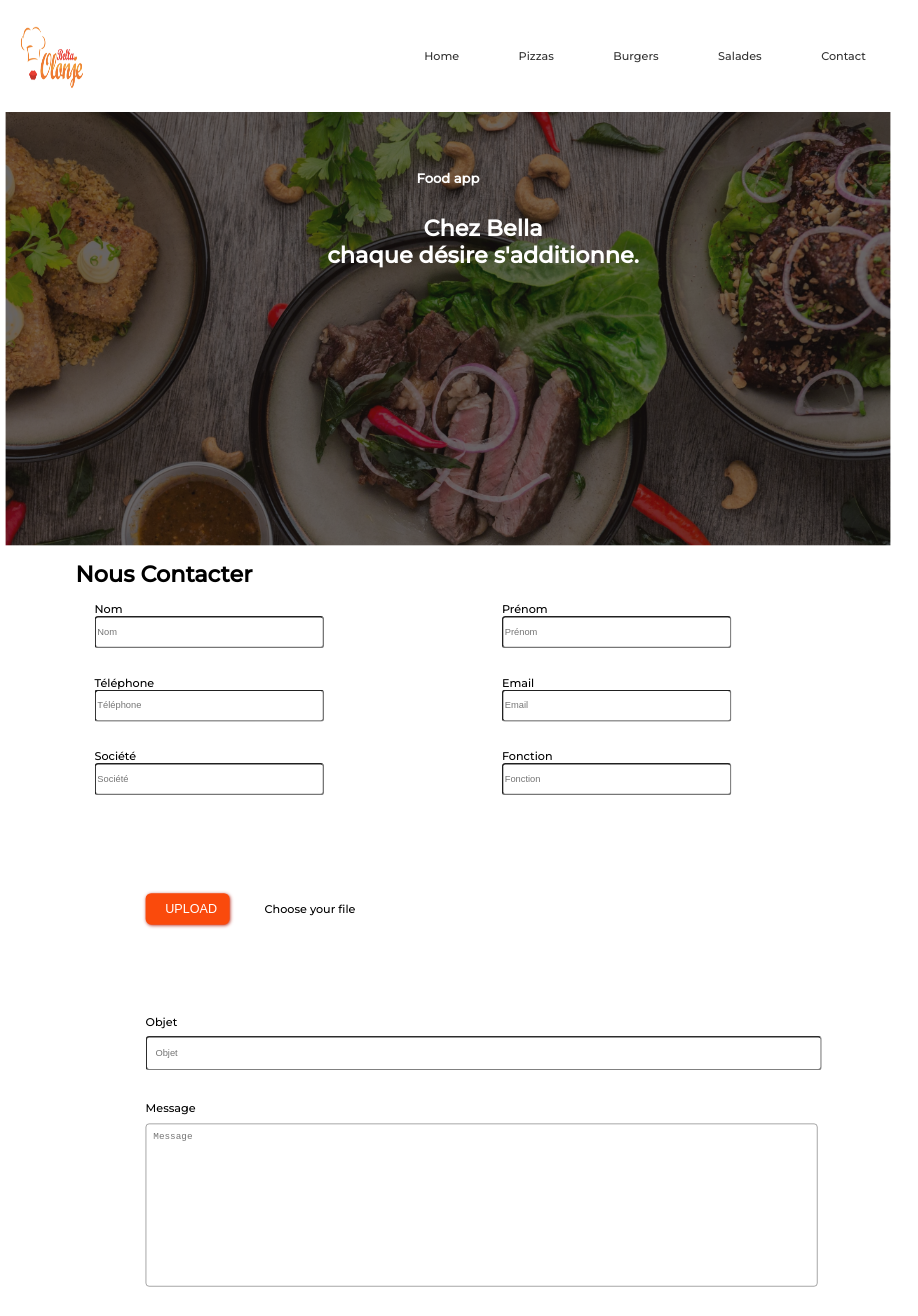
Repository: Ahlam-belhadj/bella-olange
Page: index3.html
The author's editor kept a copy of each file at every save. The page is drawn from the files as they stood at one save, then again after the next save.
The browser window is 1280 px wide. The page is 1312 px wide, so the pictures cover 1312 px, including what lies to the right of the window. The pictures show the part of the page from y = 0 to 1880 px (the page is 2500 px tall before and 2550 px after), at 70% of full size.
Pictures or frames that could not be fetched are drawn as grey boxes.

Above is the page before, as saved 2023-02-14 19:21:12.

### index3.html
<!DOCTYPE html>
<html lang="en">

<head>
    <meta charset="UTF-8">
    <meta http-equiv="X-UA-Compatible" content="IE=edge">
    <meta name="viewport" content="width=device-width, initial-scale=1.0">
    <link rel="stylesheet" href="style3.css">
    <script src="https://www.google.com/recaptcha/api.js" async defer></script>
    <title>Bella olanje</title>
</head>

<body>
    <header>

        <nav>
            <ul class="nav-bar">
                <div class="logo"><a href='#'><img src="image/logo_bella_olonje.png" alt="jsp"></a></div>
                <input type="checkbox" id="check" />
                <span class="menu">
                    <li><a href="index.html" class="nav-link">Home</a></li>
                    <li><a href="#pizza" class="nav-link">Pizzas</a></li>
                    <li><a href="#burger" class="nav-link">Burgers</a></li>
                    <li><a href="#salades" class="nav-link">Salades</a></li>
                    <li><a href="index3.html" class="nav-link">Contact</a></li>
                    <label for="check" class="close-menu"><i class="fas fa-times"></i></label>
                </span>
                <label for="check" class="open-menu"><i class="fas fa-bars"></i></label>
            </ul>
        </nav>
        <div class="title">
            <div class="texte">
                <h3>Food app</h3>
                <h1>Chez Bella <br>
                    chaque désire s'additionne.</h1>
            </div>
        </div>
    </header>
    <main>
    <div class="information">
        <form>
            <h1>Nous Contacter</h1>
            <div class="commande">
                <div class="info1">
                    <div class="label">
                        <label>Nom</label>
                        <br>
                        <input type="text" placeholder="Nom">
                    </div>
                    <div class="label">
                        <label>Prénom</label>
                        <br>
                        <input type="text" placeholder="Prénom">
                    </div>
                </div>
                <div class="info2">
                    <div class="label">
                        <label>Téléphone</label>
                        <br>
                        <input type="text" placeholder="Téléphone">
                    </div>
                    <div class="label">
                        <label>Email</label>
                        <br>
                        <input type="email" placeholder="Email">
                    </div>
                </div>
                <div class="info1">
                    <div class="label">
                        <label>Société</label>
                        <br>
                        <input type="text" placeholder="Société">
                    </div>
                    <div class="label">
                        <label>Fonction</label>
                        <br>
                        <input type="email" placeholder="Fonction">
                    </div>
                </div>

            </div>
        </form>
    </div>


    <div class="chose">
        <div class="div_button">
            <button class="button1" type="button">UPLOAD</button>
            <p>Choose your file</p>
        </div>
    </div>

    <div>
        <div class="g-recaptcha toto" data-sitekey="6Lff4ygkAAAAABA1RWNuq8ewgkRZaDD-yAWqFs1t"></div>
    </div>

    <div class="grp_choose">
        <div class="choose_message">
            <div class="label_choose">
                <label>Objet</label><br>
                <input type="text" placeholder="Objet">
            </div>
            <div class="label_message">
                <label>Message</label><br>
                <textarea placeholder="Message"></textarea>
            </div>
        </div>
    </div>


    <div class="maps">
        <iframe
            src="https://www.google.com/maps/embed?pb=!1m18!1m12!1m3!1d6464.54830951471!2d2.4294808287259815!3d48.785241545980085!2m3!1f0!2f0!3f0!3m2!1i1024!2i768!4f13.1!3m3!1m2!1s0x47e67344bd2d57f1%3A0x2a84a845271b523a!2sAFPA!5e0!3m2!1sfr!2sfr!4v1674668360985!5m2!1sfr!2sfr"
            width="600" height="450" style="border:0;" allowfullscreen="" loading="lazy"
            referrerpolicy="no-referrer-when-downgrade"></iframe>
    </div>


    <div class="button1">
        <button class="button">Envoyer</button>
    </div>
</main>
</body>

</html>

### style3.css
@import url('https://fonts.googleapis.com/css2?family=Montserrat:wght@100;200;500&display=swap');

body {
    font-family: Montserrat, sans-serif;
}
main {
    overflow-x: hidden;
  }


.logo img{
    height: 100px;
    width: 100px;
}
.nav-bar {
    width: 100%;
    display: flex;
    justify-content: space-between;
    align-items: center;
    list-style: none;
    position: relative;
    background-color: #FFF;
    padding: 12px 20px;
}

.menu {
    display: flex;
}

.menu li {
    padding-left: 30px;
    padding-right: 55px;
}

.menu li a {
    display: inline-block;
    text-decoration: none;
    color: #333;
    text-align: center;
    position: relative;
}

.menu li a:hover {
    color: #FA4A0C;
}

.open-menu {
    position: absolute;
    color: #FA4A0C;
    cursor: pointer;
    font-size: 1.5rem;
    display: none;
}

.close-menu {
    position: absolute;
    color: #333;
    cursor: pointer;
    font-size: 1.5rem;
    display: none;
    padding: 10px;
}

.open-menu {
    top: 50%;
    right: 20px;
    transform: translateY(-50%);
}

.close-menu {
    top: 20px;
    right: 20px;
}

#check {
    display: none;
}

@media(max-width: 920px) {
    .menu {
        flex-direction: column;
        align-items: center;
        width: 60%;
        height: 100vh;
        position: fixed;
        top: 0;
        right: -100%;
        z-index: 100;
        background-color: rgb(255, 88, 70);
        transition: all 0.2s ease-in-out;
        padding-top: 100px;
    }

    .menu li {
        margin-top: 40px;
    }

    .menu li a {
        padding: 10px;
        color: #FFF;
    }

    .open-menu {
        display: block;
        padding-right: 25px;
        padding-top: 13px;
    }

    .close-menu {
        display: block;
        color: #FFF;
        padding-right: 25px;
        padding-top: 22px;
    }

    #check:checked~.menu {
        right: 0;
    }

    .menu li a:hover {
        color: #333;
    }

    .nav-link {
        font-family: Montserrat;
        letter-spacing: .8px;
    }
}



.title {
    background-image: url(image/Rectangle\ 48.png);
    height: 619px;
    background-repeat: no-repeat;
    background-position: center;
    background-size: cover;



}

.texte {
    color: white;
    display: flex;
    align-items: center;
    justify-content: center;
    flex-direction: column;
    text-align: center;
    height: 50%;
}

/* header */

h1 {
    padding-left: 100px;
}


h2 {
    text-align: center;
    padding-bottom: 20px;
}

.info1 {
    display: flex;
    justify-content: space-around;
    padding-right: 100px;
}

.info2 {
    display: flex;
    justify-content: space-around;
    padding-right: 100px;
}

input {
    width: 320px;
    height: 40px;
    border-radius: 5px;
    margin-bottom: 40px;

}


.maps {
    display: flex;

    padding-left: 200px;
}

iframe {
    width: 941px;
    height: 500px;
    left: 100px;
    top: 1875px;

}


/* button */
button {
    border: 0;
    line-height: 2.5;
    width: 120px;
    padding: 0 18px;
    font-size: 18px;
    text-align: center;
    color: #fff;
    border-radius: 20px;
    background-color: #FA4A0C;
    box-shadow: 1px 1px 5px #B73227;


}

.button1 {
    display: flex;
    justify-content: end;
    margin: 50px 0px 35px 100px;
    border-radius: 8px;
}

p {
    margin-top: 63px;
    margin-left: 50px;
}

.btn {
    display: flex;
}


.div_button {
    padding: 50px 0px 35px 100px;
    display: flex;
}

/* button */


.chose {
    display: flex;
}

.grp_choose {
    padding-left: 200px;
}

.label_choose input {
    width: 938px;
    height: 35px;
    margin-bottom: 20px;
    margin-top: 10px;
    padding: 5px 12px;
    color: grey;
    border-radius: 5px;
    border-color: gray;
}

.label_message {
    padding-top: 25px;
}

textarea {
    width: 938px;
    height: 141px;
    margin-bottom: 20px;
    color: grey;
    border-color: gray;
    margin-top: 12px;
    padding: 10px 10px 80px;
    outline: none;
    border-radius: 5px;
    resize: none;
}

.g-recaptcha {
    padding-left: 200px;
    margin-bottom: 60px;
}

@media (max-width:650px) {
    .info1 {
        display: flex;
        flex-direction: column;
        padding-left: 15%;
    }

    .info2 {
        display: flex;
        flex-direction: column;
        padding-left: 15%;
    }

    .chose {

        padding-left: 20%;
    }

    .div_button {
        padding: 0px;
    }

    .g-recaptcha {
        margin-top: 40px;
        padding-left: 10%;
    }

    .grp_choose {
        /* padding-left: 0px; */
        padding-left: 15%;
    }

    .label_choose input {
        width: 300px;
    }

    textarea {
        width: 300px;
    }

    .maps {
        padding-left: 0px;
    }

    iframe {
        width: 400px;
        height: 200px;
        top: 1875px;
        padding-left: 10%;

    }

    .button1 {

        justify-content: center;
        margin: 50px 0px 0px 0px;

    }
}

@media screen and (min-width:651px) and (max-width:1199px) {
    .information {
        display: flex;
        justify-content: center;
    }

    .info1 {
        display: flex;
        flex-direction: column;
        padding-left: 20%;
    }

    .info2 {
        display: flex;
        flex-direction: column;
        padding-left: 20%;
    }

    .chose {

        padding-left: 35%;
    }

    .div_button {
        padding: 0px;
    }

    .g-recaptcha {
        margin-top: 40px;
        padding-left: 30%;
    }

    .grp_choose {

        display: flex;
        justify-content: center;

        padding-left: 20%;
    }

    .label_choose input {

        width: 550px;

    }

    textarea {
        width: 550px;
    }

    .maps {
        padding-left: 180px;
    }

    iframe {
        width: 700px;
        height: 400px;
        top: 1875px;


    }

    .button1 {

        justify-content: center;
        margin: 50px 0px 0px 0px;

    }

    h1 {
        text-align: center;
    }

    input {
        width: 550px;
    }


}

After the next save:
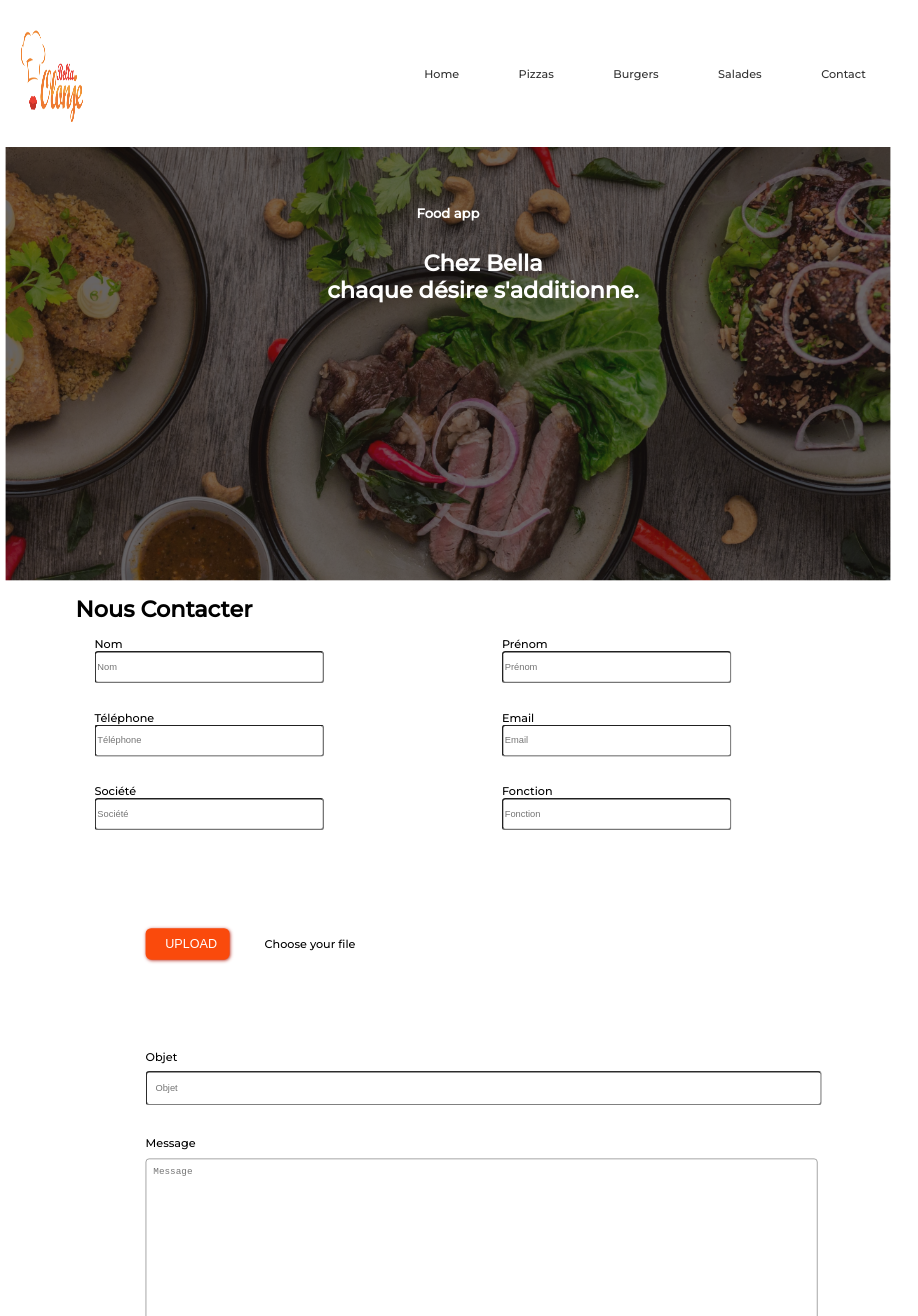
Saved 42 s later.
--- a/style3.css
+++ b/style3.css
@@ -9,7 +9,7 @@
 
 
 .logo img{
-    height: 100px;
+    height: 150px;
     width: 100px;
 }
 .nav-bar {

After the 2 saves that followed:
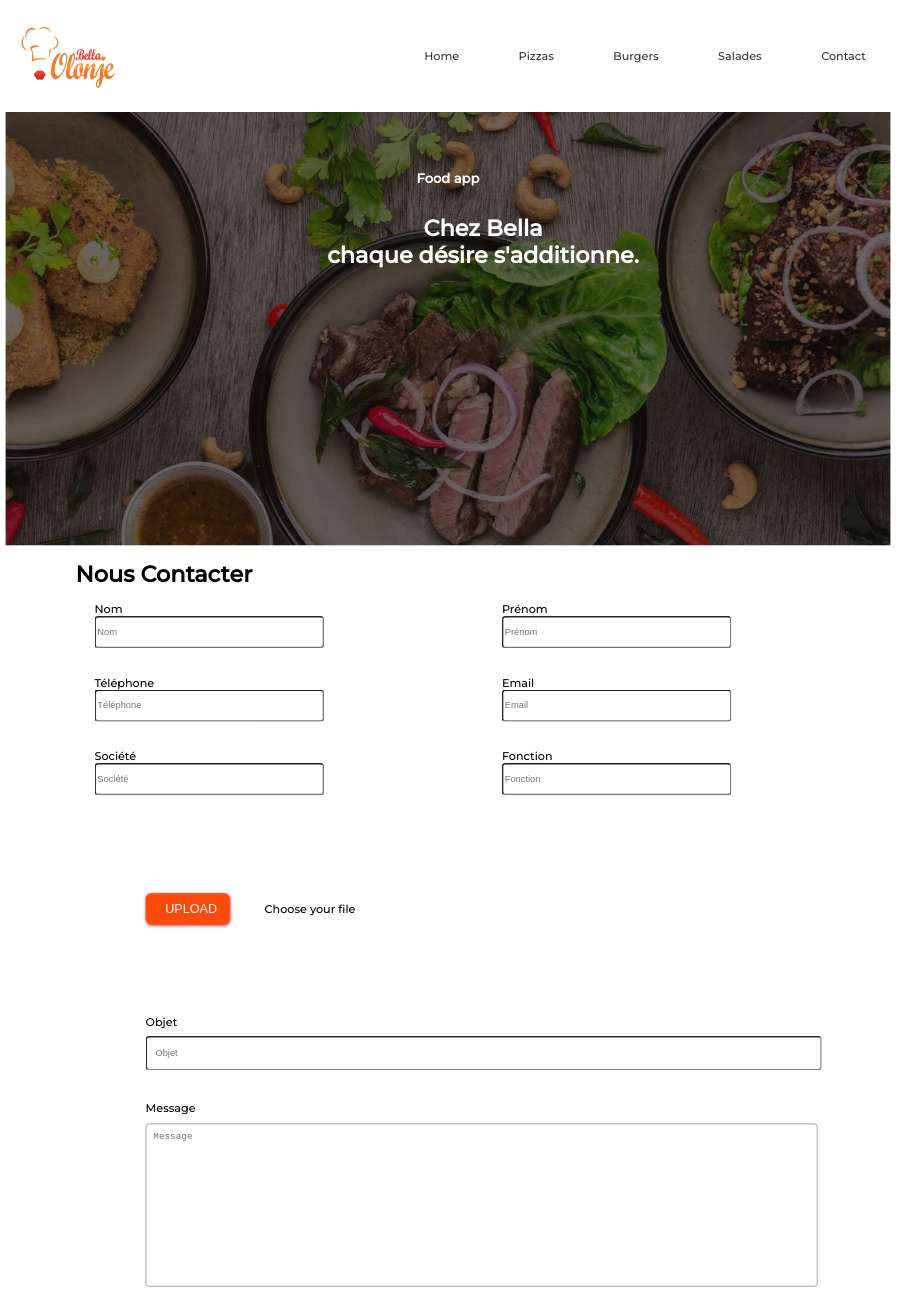
The 2 saves are shown as one change because they came seconds apart.
The last was saved 22 s later.
--- a/style3.css
+++ b/style3.css
@@ -9,8 +9,8 @@
 
 
 .logo img{
-    height: 150px;
-    width: 100px;
+    height: 100px;
+    width: 150px;
 }
 .nav-bar {
     width: 100%;
